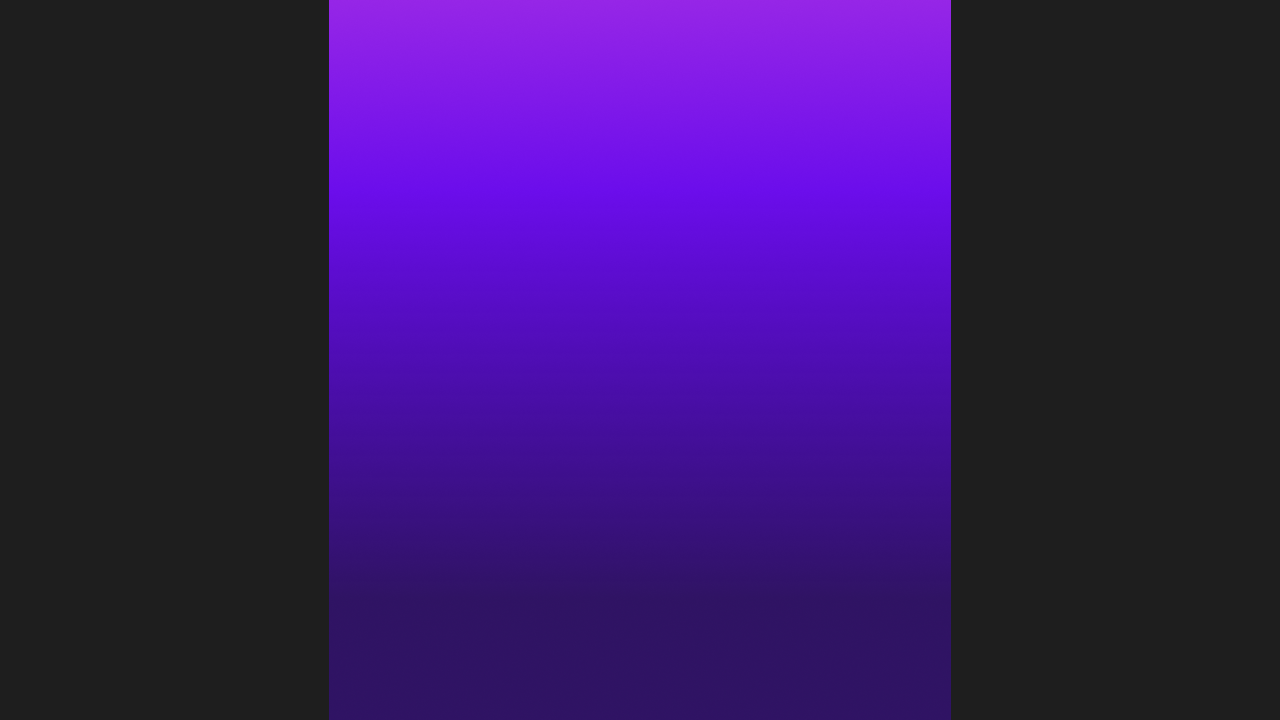
Repository: RudrasahaDibos/Alphabet-clash-
Page: index.html
These files come from the project's save history. The page is drawn as it stood at one moment and after the next save; the edit follows.
The browser window is 1280 px wide. The pictures show the whole page.
Some web fonts or font styles are not loaded; a fallback is used. Some web libraries are served in a nearby version.

Above is the page before, as saved 2024-11-04 11:52:43.

### index.html
<!DOCTYPE html>
<html lang="en">
    <head>
        <meta charset="UTF-8">
        <meta name="viewport" content="width=device-width, initial-scale=1.0">
        <title>Alphabet Clash</title>
        <!-- daisy apa -->
        <link
            href="https://cdn.jsdelivr.net/npm/daisyui@4.12.14/dist/full.min.css"
            rel="stylesheet" type="text/css" />
        <script src="https://cdn.tailwindcss.com"></script>

        <!-- custom css  -->
        <link rel="stylesheet" href="style.css">

    </head>
    <body>
        <main
            class="bg-[#1E1E1E] min-h-screen bg-[url(images/background.png)] bg-no-repeat bg-center ">
            <!-- home screen  start here -->
            <section class="min-h-screen flex justify-center items-center hidden">
                <div class="flex flex-col justify-center items-center gap-10 ">
                    <h1
                        class="text-white text-8xl font-extrabold anton-sc-regular uppercase ">ALPHABET
                        CLASH</h1>
                    <p class="text-white ">Unleash Your Keyboard Kung Fu : Press
                        “Enter” to Play</p>
                    <button class="btn bg-white text-black">Play Now </button>
                </div>
            </section>
            <!-- home screen end here -->
            <!-- midlle screen start here -->
            <section>
                    <!-- display screen start here -->

                     <!-- dispaly screen end here -->

                     <!-- keyboard start here  -->
                               <div>

                               </div>
                      <!-- keyboard end here -->

                      <!-- life and scrore button here -->

                      <!-- life and scrore button end here -->
            </section>
            <!-- midlle screen end here -->
             <!-- last screen start here -->
            <section>

            </section>
            <!-- last screen end here -->
        </main>
    </body>
</html>

### style.css


@import url('https://fonts.googleapis.com/css2?family=Anton+SC&family=Manrope:wght@200..800&display=swap');


.font-manrope {
    font-family: "Manrope", serif;
  }

  .anton-sc-regular {
    font-family: "Anton SC", sans-serif;
  }

After the next save:
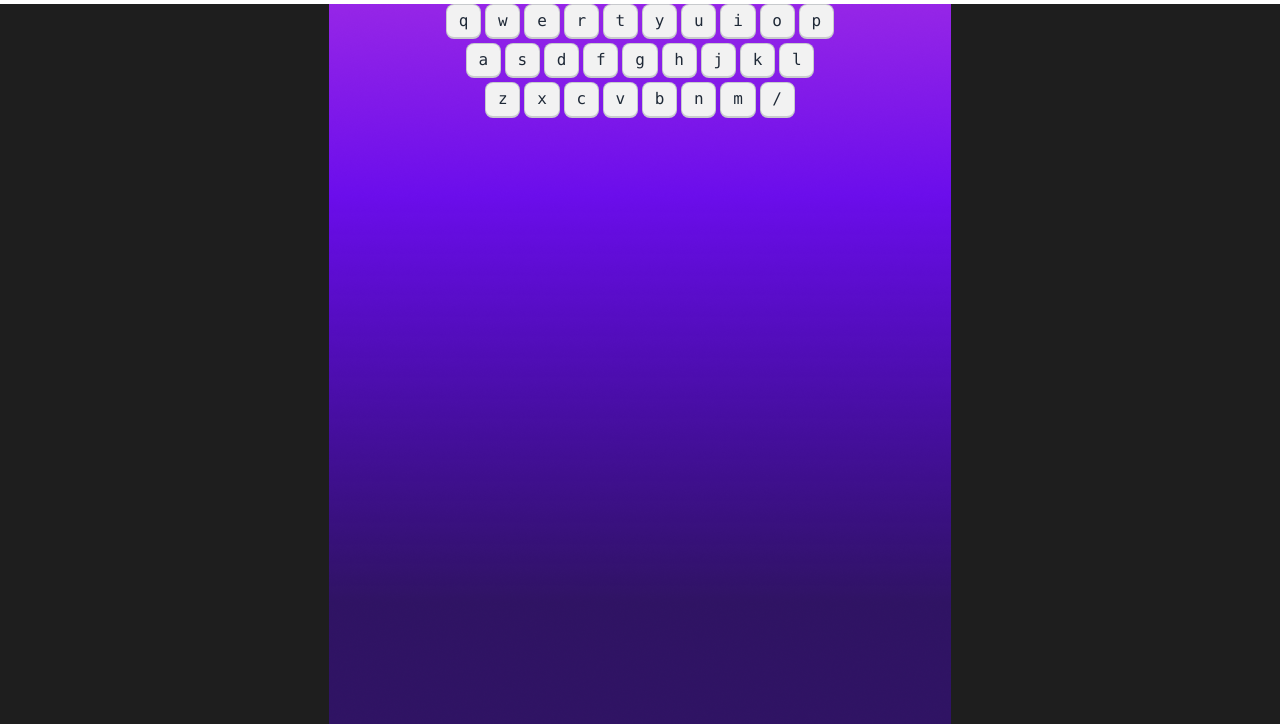
Saved 15 s later.
--- a/index.html
+++ b/index.html
@@ -37,7 +37,39 @@
 
                      <!-- keyboard start here  -->
                                <div>
-
+                                <div class="my-1 flex w-full justify-center gap-1">
+                                    <kbd class="kbd">q</kbd>
+                                    <kbd class="kbd">w</kbd>
+                                    <kbd class="kbd">e</kbd>
+                                    <kbd class="kbd">r</kbd>
+                                    <kbd class="kbd">t</kbd>
+                                    <kbd class="kbd">y</kbd>
+                                    <kbd class="kbd">u</kbd>
+                                    <kbd class="kbd">i</kbd>
+                                    <kbd class="kbd">o</kbd>
+                                    <kbd class="kbd">p</kbd>
+                                  </div>
+                                  <div class="my-1 flex w-full justify-center gap-1">
+                                    <kbd class="kbd">a</kbd>
+                                    <kbd class="kbd">s</kbd>
+                                    <kbd class="kbd">d</kbd>
+                                    <kbd class="kbd">f</kbd>
+                                    <kbd class="kbd">g</kbd>
+                                    <kbd class="kbd">h</kbd>
+                                    <kbd class="kbd">j</kbd>
+                                    <kbd class="kbd">k</kbd>
+                                    <kbd class="kbd">l</kbd>
+                                  </div>
+                                  <div class="my-1 flex w-full justify-center gap-1">
+                                    <kbd class="kbd">z</kbd>
+                                    <kbd class="kbd">x</kbd>
+                                    <kbd class="kbd">c</kbd>
+                                    <kbd class="kbd">v</kbd>
+                                    <kbd class="kbd">b</kbd>
+                                    <kbd class="kbd">n</kbd>
+                                    <kbd class="kbd">m</kbd>
+                                    <kbd class="kbd">/</kbd>
+                                  </div>
                                </div>
                       <!-- keyboard end here -->
 
